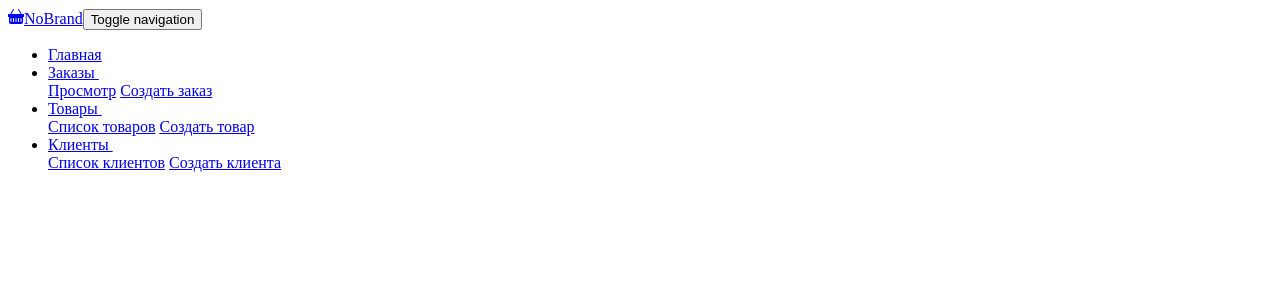
Repository: smartsoltech/seminar2
Page: shop/templates/menu.html
An editor plug-in stored every save of this project. The page is shown before and after the next save, followed by the edit.
The browser window is 1280 px wide. The pictures show the whole page.

Above is the page before, as saved 2024-01-23 07:53:36.

After the next save:
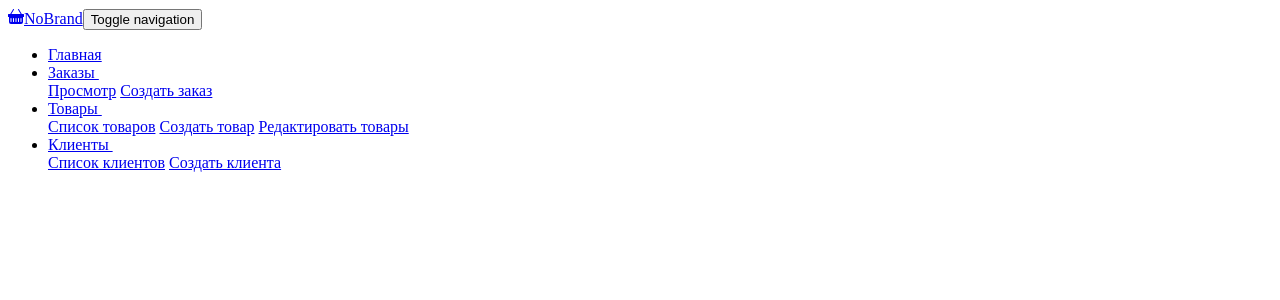
Saved 35 s later.
--- a/shop/templates/menu.html
+++ b/shop/templates/menu.html
@@ -17,6 +17,7 @@
                     <div class="dropdown-menu">
                         <a class="dropdown-item" href="/products">Список товаров</a>
                         <a class="dropdown-item" href="/product_create">Создать товар</a>
+                        <a class="dropdown-item" href="/product/edit/1">Редактировать товары</a>
                     </div>
                 </li>
                 <li class="nav-item dropdown">
